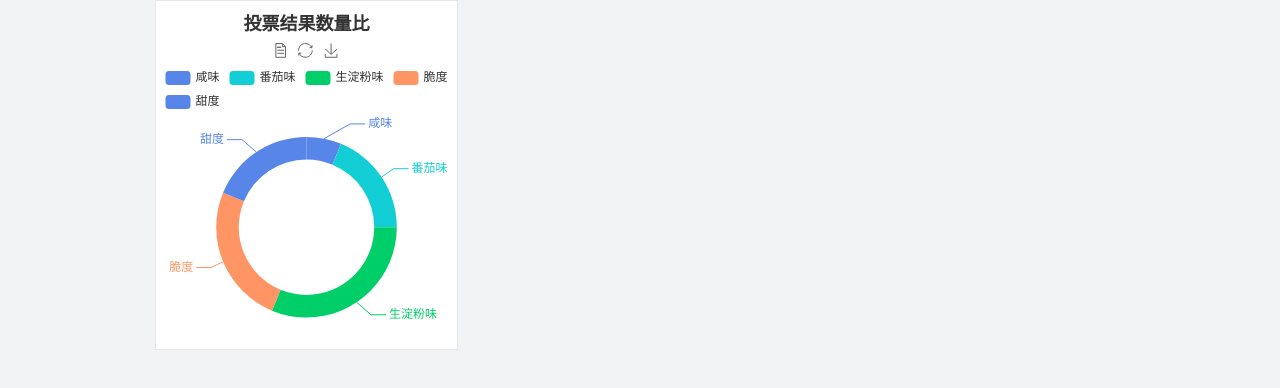
Repository: R1Deemo/vote_system
Page: web/home/results.html
An editor plug-in stored every save of this project. The page is shown before and after the next save, followed by the edit.
The browser window is 1280 px wide. The pictures show the whole page.

Above is the page before, as saved 2022-11-07 09:56:37.

### web/home/results.html
<!DOCTYPE html>
<html lang="en">

<head>
    <meta charset="UTF-8">
    <meta http-equiv="X-UA-Compatible" content="IE=edge">
    <meta name="viewport" content="width=device-width, initial-scale=1.0">
    <title>Document</title>
    <link rel="stylesheet" href="../../web/assets/lib/bootstrap.css" />
    <link rel="stylesheet" href="../../web/assets/lib/main.css" />
    <script src="../../web/assets/lib/jquery.js"></script>
    <script type="text/javascript" src="../../web/assets/lib/echarts.min.js"></script>
</head>

<body>
    <div class="container-fluid" style="width:1000px ;">
        <div class="row curve-pie">

            <div class="col-lg-4 col-md-4">
                <div class="gragh_pannel" id="pie_show"></div>
            </div>
        </div>
    </div>
    <script>
        var oPie = echarts.init(document.getElementById('pie_show'));
        var oPieopt = {
            title: {
                top: 10,
                text: '投票结果数量比',
                x: 'center'
            },
            tooltip: {
                trigger: 'item',
                formatter: "{a} <br/>{b} : {c} ({d}%)"
            },
            color: ['#5885e8', '#13cfd5', '#00ce68', '#ff9565'],
            legend: {
                x: 'center',
                top: 65,
                data: ['咸味', '番茄味', '生淀粉味', '脆度', '甜度']
            },
            toolbox: {
                show: true,
                x: 'center',
                top: 35,
                feature: {
                    mark: {
                        show: true
                    },
                    dataView: {
                        show: true,
                        readOnly: false
                    },
                    magicType: {
                        show: true,
                        type: ['pie', 'funnel'],
                        option: {
                            funnel: {
                                x: '25%',
                                width: '50%',
                                funnelAlign: 'left',
                                max: 1548
                            }
                        }
                    },
                    restore: {
                        show: true
                    },
                    saveAsImage: {
                        show: true
                    }
                }
            },
            calculable: true,
            series: [{

                name: '访问来源',
                type: 'pie',
                radius: ['45%', '60%'],
                center: ['50%', '65%'],
                data: [{
                    value: 1,
                    name: '咸味'
                }, {
                    value: 3,
                    name: '番茄味'
                }, {
                    value: 5,
                    name: '生淀粉味'
                }, {
                    value: 4,
                    name: '脆度'
                }, {
                    value: 3,
                    name: '甜度'
                }]
            }]
        };
        oPie.setOption(oPieopt);
    </script>
</body>

</html>

Loaded but not shown: web/assets/lib/bootstrap.css (library); web/assets/lib/main.css (library); web/assets/lib/jquery.js (library); web/assets/lib/echarts.min.js (library)

After the next save:
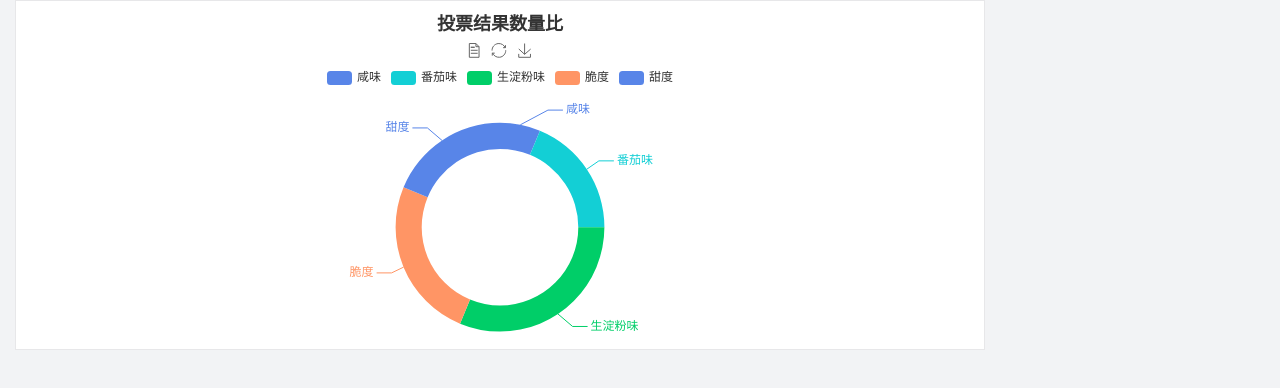
Saved 24 s later.
--- a/web/home/results.html
+++ b/web/home/results.html
@@ -13,10 +13,10 @@
 </head>
 
 <body>
-    <div class="container-fluid" style="width:1000px ;">
+    <div class="container-fluid">
         <div class="row curve-pie">
 
-            <div class="col-lg-4 col-md-4">
+            <div class="col-lg-4 col-md-4" style="width:1000px ;">
                 <div class="gragh_pannel" id="pie_show"></div>
             </div>
         </div>
